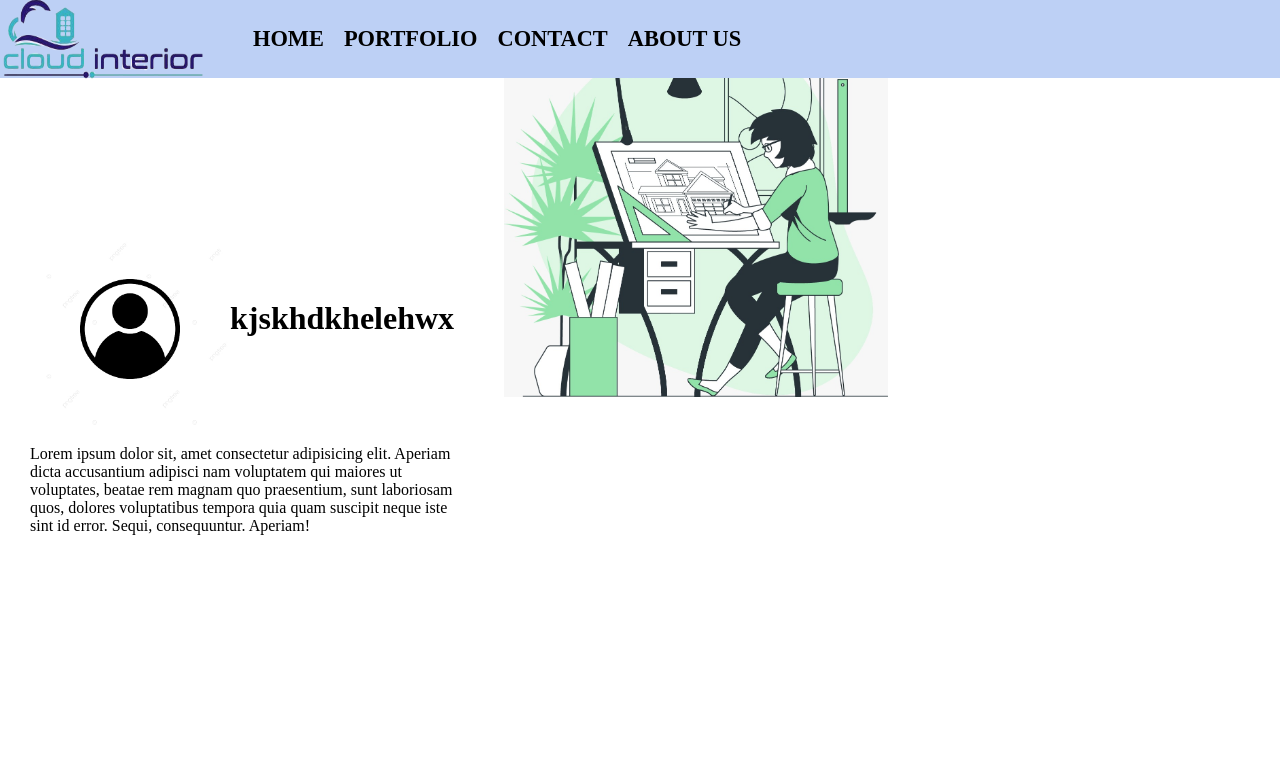
Repository: Ganavid/ganavidgowda.github.io
Page: cloud interior/about.html
The author's editor kept a copy of each file at every save. The page is drawn from the files as they stood at one save, then again after the next save.
The browser window is 1280 px wide. The pictures show the whole page.

Above is the page before, as saved 2023-03-04 12:56:03.

After the next save:
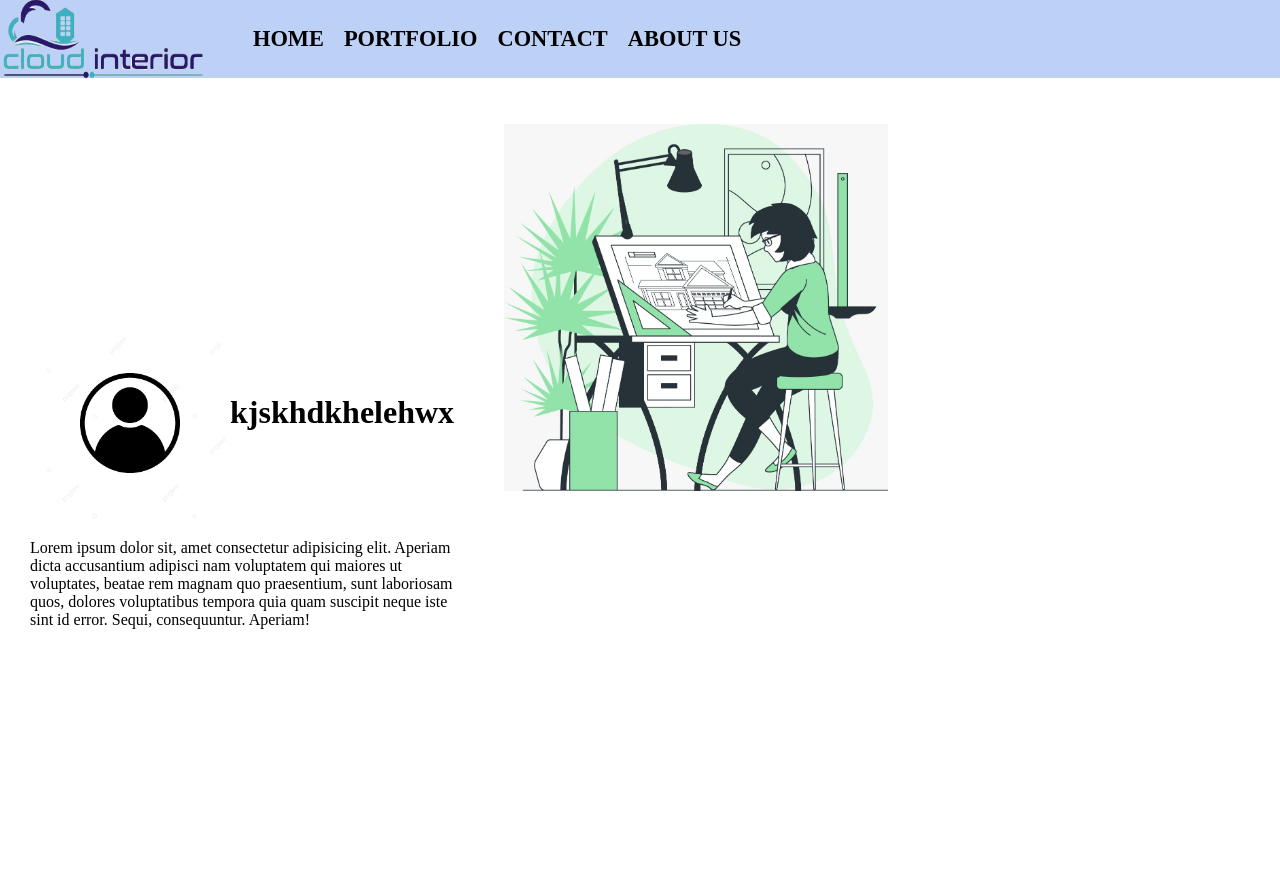
Saved 5 s later.
--- a/cloud interior/about.css
+++ b/cloud interior/about.css
@@ -2,7 +2,7 @@
     margin: 0px;
     padding: 0px;
     border: 0px;
-    /* padding-top: 13vh; */
+    padding-top: 13vh;
     /* margin-top: 15vh; */
     /* background-color: rgba(123, 190, 212, 0.13); */
 }

After the save that followed:
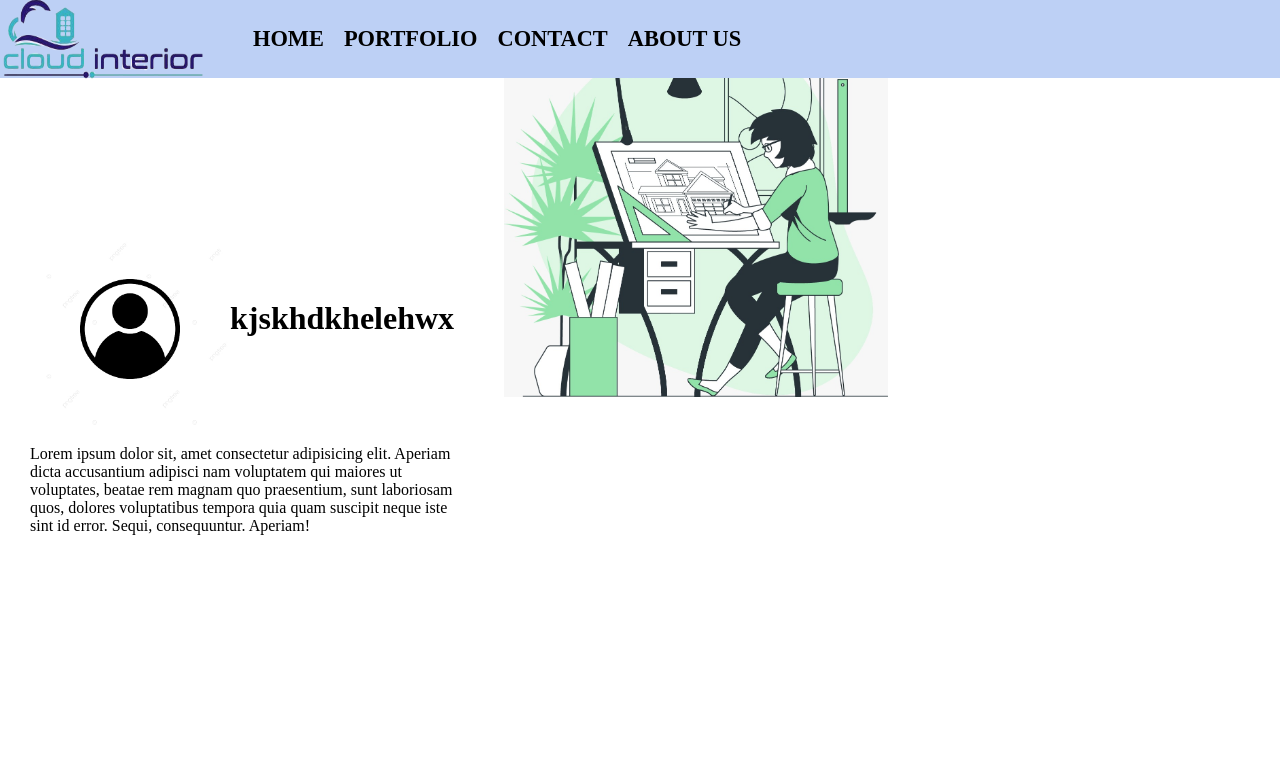
Saved 11 s later.
--- a/cloud interior/about.css
+++ b/cloud interior/about.css
@@ -2,7 +2,7 @@
     margin: 0px;
     padding: 0px;
     border: 0px;
-    padding-top: 13vh;
+    /* padding-top: 13vh; */
     /* margin-top: 15vh; */
     /* background-color: rgba(123, 190, 212, 0.13); */
 }
